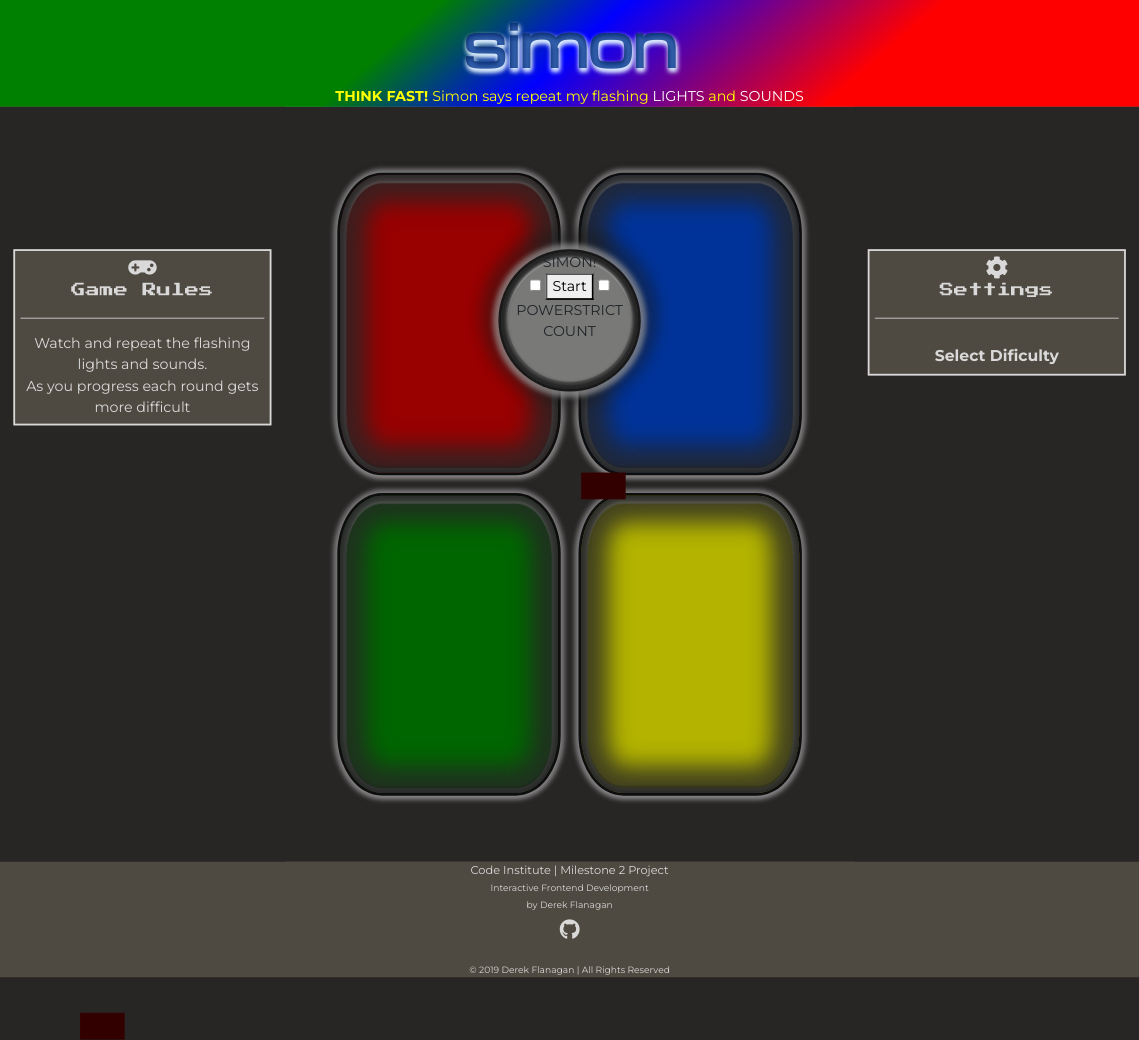
Repository: ThePixel8or/milestone-project-2
Page: index.html
The author's editor kept a record of every edit. The page is drawn from the files as they stood at one moment, then again after the next edit.
The browser window is 1280 px wide. The pictures show the whole page, at 89% of full size.
Some web libraries are served in a nearby version.

Above is the page before.

### index.html
 <!DOCTYPE html>
<html lang="en">

<head>
    <meta charset="UTF-8">
    <meta name="viewport" content="width=device-width, initial-scale=1.0">
    <meta http-equiv="X-UA-Compatible" content="ie=edge">
    <meta name="description" content="Simon Says Game">
    <meta name="keywords" content="retro, game, simon, 80s, memory">
    <meta name="author" content="Derek Flanagan">

    <link rel="stylesheet" href="https://stackpath.bootstrapcdn.com/bootstrap/4.3.1/css/bootstrap.min.css" integrity="sha384-ggOyR0iXCbMQv3Xipma34MD+dH/1fQ784/j6cY/iJTQUOhcWr7x9JvoRxT2MZw1T" crossorigin="anonymous">
    <link rel="stylesheet" href="https://use.fontawesome.com/releases/v5.8.2/css/all.css" integrity="sha384-oS3vJWv+0UjzBfQzYUhtDYW+Pj2yciDJxpsK1OYPAYjqT085Qq/1cq5FLXAZQ7Ay" crossorigin="anonymous">
    <link rel="stylesheet" href="assets/css/style.css" type="text/css" />
    <title>Simon Game | Milestone Project 2</title>

<!-- audio links -->

    <audio id="plySound1">
  	<source src="assets/sounds/sound1.mp3"></source>
  </audio>
  <audio id="plySound2">
  	<source src="assets/sounds/sound2.mp3"></source>
  </audio>
  <audio id="plySound3">
  	<source src="assets/sounds/sound3.mp3"></source>
  </audio>
  <audio id="plySound4">
  	<source src="assets/sounds/sound4.mp3"></source>
  </audio>

</head>

<body>



    <div class="container-fluid">

<!-- simon header -->

        <div class="row">
            <div class="d-none d-lg-block header-wrapper">
                <header class="game-title-header">


                    <span class="txt-content">Simon</span>
                    <p><strong>Think fast! </strong> Simon says repeat my flashing <span>Lights</span> and <span>sounds</span></p>
                </header>
            </div>
        </div>

<!-- Game rules -->

        <div class="row">
            <div class="d-none d-lg-block col-lg-3 rules-wrapper">
                <div class="game-rules">
                    <i class="fas fa-gamepad"></i>
                    <span>Game Rules</span>
                    <hr class="devider">
                    <p>Watch and repeat the flashing lights and sounds.<br>As you progress each round gets more difficult</p>
                </div>
            </div>

<!-- buttons and gameplay -->

            <div class="col-sm-12 col-lg-6 gameSection">
                <div class="row">
                    <div id="button1" class="col button1e"></div>
                    <div id="button2" class="col button2e"></div>
                </div>

                <div class="row">
                    <div id="button3" class="col button3e"></div>
                    <div id="button4" class="col button4e"></div>
                </div>

            </div>

<!-- setting section -->

            <div class="d-none d-lg-block col-lg-3 settings-wrapper">
                <div class="game-settings">
                    <i class="fas fa-cog"></i>
                    <span>Settings</span>
                    <hr class="devider">



                    <!-- radios -->
                  <div class="select-dificulty"><span><strong>Select Dificulty </strong></span>



           </div>

                </div>
            </div>
        </div>




<!--        <div class="row">
            <div class="d-none d-lg-block col-lg-12 footer-info">
                <footer>
                    footer information will go here
                </footer>
            </div>
        </div> -->

        <!-- model -  bootstrap modal section will be added -->

        <!-- Button trigger modal -->
        <!-- <button type="button" class="btn btn-primary" data-toggle="modal" data-target="#exampleModalCenter">
  Launch demo modal
</button> -->


        <!-- <div class="modal fade" id="exampleModalCenter" tabindex="-1" role="dialog" aria-labelledby="exampleModalCenterTitle" aria-hidden="true">
  <div class="modal-dialog modal-dialog-centered" role="document">
    <div class="modal-content">
      <div class="modal-header">
        <h5 class="modal-title" id="exampleModalCenterTitle">Modal title</h5>
        <button type="button" class="close" data-dismiss="modal" aria-label="Close">
          <span aria-hidden="true">&times;</span>
        </button>
      </div>
      <div class="modal-body">
        ...
      </div>
      <div class="modal-footer">
        <button type="button" class="btn btn-secondary" data-dismiss="modal">Close</button>
        <button type="button" class="btn btn-primary">Save changes</button>
      </div>
    </div>
  </div>
</div> -->



        <!-- model end -->


    </div>

<!-- circel pad -->

    <div id="inner-circle">
      <div id="title" class="font-effect-emboss">SIMON!</div>
      <div id="switches">
        <input type="checkbox" class="toggle" id="on">
        <button class="button" id="start">Start</button>
        <input type="checkbox" class="toggle" id="strict">
      </div>
      <div class="text1">
        <span>POWER</span><span>STRICT</span>
      </div>
      <div id="turn"></div>
      <div class="text2">
        COUNT
      </div>
    </div>




    <div id="turn"></div>

<footer class="footer-section container-fluid">
    <div class="row">
            <div class="d-none d-lg-block col-lg-12">
                <div class="footer-info">
                    <p>Code Institute | Milestone 2 Project</p>
                    <p><span><small>Interactive Frontend Development</small></span></p>
                    <p class="signature"><span><small>by Derek Flanagan</small></span></p>
                    <ul class="list-inline">
                        <li>
                            <a href="https://github.com/ThePixel8or" target="_blank">
                                <i class="fab fa-github"></i></a>
                        </li>
                    </ul>
                </div>
                    <p class="copyright"><small>© 2019 Derek Flanagan | All Rights Reserved</small> </p>
                </div>
            </div>
        </footer>










    <!--      <script type="text/javascript">
$(document).ready(function () {

    $('#exampleModalCenter').modal('show');

});
</script>   to have modal pop up when you first land on page -->


        <!-- Jquery scripts -->

        <script
  src="https://code.jquery.com/jquery-3.4.1.min.js"
  integrity="sha256-CSXorXvZcTkaix6Yvo6HppcZGetbYMGWSFlBw8HfCJo="
  crossorigin="anonymous"></script>


        <script src="assets/js/main.js"></script>


    <!--  BOOTSTRAP SCRIPTS -->

    <script src="https://code.jquery.com/jquery-3.3.1.slim.min.js" integrity="sha384-q8i/X+965DzO0rT7abK41JStQIAqVgRVzpbzo5smXKp4YfRvH+8abtTE1Pi6jizo" crossorigin="anonymous"></script>
    <script src="https://cdnjs.cloudflare.com/ajax/libs/popper.js/1.14.7/umd/popper.min.js" integrity="sha384-UO2eT0CpHqdSJQ6hJty5KVphtPhzWj9WO1clHTMGa3JDZwrnQq4sF86dIHNDz0W1" crossorigin="anonymous"></script>
    <script src="https://stackpath.bootstrapcdn.com/bootstrap/4.3.1/js/bootstrap.min.js" integrity="sha384-JjSmVgyd0p3pXB1rRibZUAYoIIy6OrQ6VrjIEaFf/nJGzIxFDsf4x0xIM+B07jRM" crossorigin="anonymous"></script>
</body>

</html>

### assets/css/style.css
/* testing out the layout and styles of the buttons for the simon game */

@import url('https://fonts.googleapis.com/css?family=Michroma:100,200,300,400,500,600,700,800,900|Montserrat:100,200,300,400,500,600,700,800,900|Press+Start+2P:100,200,300,400,500,600,700,800,900');



body {
    background-color: #282525;
    overflow: hidden;
    font-family: 'Montserrat', sans-serif;

}


#button1,
#button2,
#button3,
#button4 {
    height: calc(50vh - 1.2em);
    border-radius: 20%;
    margin: .6em;
}

#button1 {
    background-color: #990000;

    border: solid 3px #0d0d0d; /* fallback colour */
    border: solid 3px hsla(0,0%,5%,1);

    box-shadow: inset hsla(0,0%,15%,  .8) 0px  0px 25px 30px, /* border */
    inset hsla(0,0%,15%, .8) 0 -1px 5px 4px, /* soft SD */
    inset hsla(0,0%,0%, .25) 0 -1px 0px 7px, /* bottom SD */
    inset hsla(0,0%,100%,.7) 0  2px 1px 7px, /* top HL */

    hsla(0,0%, 0%,.15) 0 -5px 6px 4px, /* outer SD */
    hsla(0,0%,100%,.5) 0px  0px 6px 4px; /* outer HL */
}


#turn {
  position: absolute;
  background: #330000;
  color: red;
  font-family: courier;
  font-size: 20px;
  height: 30px;
  width: 50px;
  margin-left: 90px;
  margin-top: 170px;
  text-align: center;
  vertical-align: middle;
  line-height: 30px;
}

/*.button1:hover {
    background-color: #ff0000;

    border: solid 3px #330000; /* fallback colour */
/*  border: solid 3px hsla(0,0%,5%,.8);

/*     box-shadow: inset hsla(0,0%,15%,  .6) 0  0px 25px 30px, /* border */
/*    inset hsla(0,100%,20%, .8) 0 -1px 5px 4px, /* soft SD */
/*    inset hsla(0,100%,60%, .25) 0 -1px 0px 7px, /* bottom SD */
/*    inset hsla(0,0%,100%,.7) 0  2px 1px 7px, /* top HL */

/*    hsla(0,100%, 80%,.2) 0 -5px 15px 14px, /* outer SD */
/*    hsla(0,100%,80%,.5) 0px  0px 6px 4px; /* outer HL */
/*  } */


#button2 {
    background-color: #003399;

 border: solid 3px #0d0d0d; /* fallback colour */
 border: solid 3px hsla(0,0%,5%,1);

 box-shadow: inset hsla(0,0%,15%,  .8) 0  0px 25px 30px, /* border */
    inset hsla(0,0%,15%, .8) 0 -1px 5px 4px, /* soft SD */
    inset hsla(0,0%,0%, .25) 0 -1px 0px 7px, /* bottom SD */
    inset hsla(0,0%,100%,.7) 0  2px 1px 7px, /* top HL */

    hsla(0,0%, 0%,.15) 0 -5px 6px 4px, /* outer SD */
    hsla(0,0%,100%,.5) 0px  0px 6px 4px; /* outer HL */

}

/*.button2:hover {
    background-color: #0055ff;

    border: solid 3px #001133; /* fallback color */
 /*   border: solid 3px hsla(0,0%,5%,.8);

     box-shadow: inset hsla(0,0%,15%,  .6) 0  0px 25px 30px, /* border */
/*    inset hsla(220,100%,20%, .8) 0 -1px 5px 4px, /* soft SD */
/*    inset hsla(220,100%,60%, .25) 0 -1px 0px 7px, /* bottom SD */
/*    inset hsla(0,0%,100%,.7) 0  2px 1px 7px, /* top HL */

/*    hsla(220,100%, 80%,.2) 0 -5px 15px 14px, /* outer SD */
/*    hsla(220,100%,80%,.5) 0px  0px 6px 4px; /* outer HL */

/*  } */

#button3 {
    background-color: #006600;

 border: solid 3px #0d0d0d; /* fallback colour */
 border: solid 3px hsla(0,0%,5%,1);

 box-shadow: inset hsla(0,0%,15%,  .8) 0  0px 25px 30px, /* border */
    inset hsla(0,0%,15%, .8) 0 -1px 5px 4px, /* soft SD */
    inset hsla(0,0%,0%, .25) 0 -1px 0px 7px, /* bottom SD */
    inset hsla(0,0%,100%,.7) 0  2px 1px 7px, /* top HL */

    hsla(0,0%, 0%,.15) 0 -5px 6px 4px, /* outer SD */
    hsla(0,0%,100%,.5) 0px  0px 6px 4px; /* outer HL */

}


/*.button3:hover {
    background-color: #00cc00;

    border: solid 3px #003300; /* fallback colour */
/*    border: solid 3px hsla(0,0%,5%,.8);

 box-shadow: inset hsla(0,0%,15%,  .6) 0  0px 25px 30px, /* border */
/*    inset hsla(120,100%,15%, .8) 0 -1px 5px 4px, /* soft SD */
/*    inset hsla(120,100%,30%, .25) 0 -1px 0px 7px, /* bottom SD */
/*    inset hsla(0,0%,100%,.7) 0  2px 1px 7px, /* top HL */

/*    hsla(120,100%, 80%,.2) 0 -5px 15px 14px, /* outer SD */
/*    hsla(120,100%,80%,.5) 0px  0px 6px 4px; /* outer HL */

/*}*/


#button4 {
    background-color: #b3b300;

  border: solid 3px #0d0d0d; /* Fallback colour */
  border: solid 3px hsla(0,0%,5%,1);

  box-shadow: inset hsla(0,0%,15%,  .8) 0  0px 25px 30px, /* border */
    inset hsla(0,0%,15%, .8) 0 -1px 5px 4px, /* soft SD */
    inset hsla(0,0%,0%, .25) 0 -1px 0px 7px, /* bottom SD */
    inset hsla(0,0%,100%,.7) 0  2px 1px 7px, /* top HL */

    hsla(0,0%, 0%,.15) 0 -5px 6px 4px, /* outer SD */
    hsla(0,0%,100%,.5) 0px  0px 6px 4px; /* outer HL */

}

/*.button4:hover {
    background-color: #ffff33;

    border: solid 3px #332700; /* fallback colour */
/*    border: solid 3px hsla(0,0%,5%,.8);

/*    box-shadow: inset hsla(0,0%,15%,  .6) 0  0px 25px 30px, /* border */
/*    inset hsla(60,100%,15%, .8) 0 -1px 5px 4px, /* soft SD */
/*    inset hsla(60,100%,35%, .25) 0 -1px 0px 7px, /* bottom SD */
/*    inset hsla(0,0%,100%,.7) 0  2px 1px 7px, /* top HL */

/*    hsla(60,100%, 80%,.2) 0 -5px 15px 14px, /* outer SD */
/*    hsla(60,100%,80%,.5) 0px  0px 6px 4px; /* outer HL */
/*}*/

#inner-circle {
    position: absolute;
    text-align: center;
    height: 10em;
    width: 10em;
    background-color: #797978;
    left: calc(50% - 5em);
    top: calc(50% - 5em);
    border-radius: 50%;

    border: 3px solid #1a1a1a; /* Fallback border color */
    border: 3px solid hsla(0, 0%, 0%, .8);

    box-shadow: inset hsla(0,0%,15%, 1) 0  0px 4px 5px, /* border */
    inset hsla(0,0%,15%, .8) 0 -1px 5px 4px, /* soft SD */
    inset hsla(0,0%,0%, .25) 0 -1px 0px 7px, /* bottom SD */
    inset hsla(60,0%,65%,.7) 0  2px 1px 7px, /* top HL */

    hsla(0,0%, 10%,.45) 0 -5px 15px 20px, /* outer SD */
    hsla(0,0%,100%,.7) 0px  0px 6px 6px; /* outer HL */
}

.centerPad:hover {
    background-color: #999999;

    border: 3px solid #404040; /* Fallback Border Colour */
    border: 3px solid hsla(0, 0%, 10%, .8);

   box-shadow: inset hsla(0,0%,15%,  1) 0  0px 4px 5px, /* border */
    inset hsla(0,0%,15%, .8) 0 -1px 5px 4px, /* soft SD */
    inset hsla(0,0%,0%, .25) 0 -1px 0px 7px, /* bottom SD */
    inset hsla(0,0%,100%,.7) 0  2px 1px 7px, /* top HL */

    hsla(0,0%, 10%,.45) 0 -5px 15px 20px, /* outer SD */
    hsla(0,0%,100%,.7) 0px  0px 6px 6px; /* outer HL */

}

.playCounter {
    position: absolute;
    font-size: 4em;
    background-color: #00284d;
    color: transparent;
    top: 26.5%;
    left: 38%;
    text-shadow: 0px 2px 3px rgba(255, 255, 255, .25);
    -webkit-background-clip: text;
    -moz-background-clip: text;
/*    background-clip: box;           Having an issue in the background-clip in CSS validator        */
}

.centerPad:hover .playCounter {
    background-color: #339cff;
    text-shadow: 0px 2px 3px rgba(255, 255, 255, .7);
}

.header-wrapper {
    background-color: gray;
    text-align: center;
    color: white;
    width: 100%;
    height: auto;
   /* font-size: 30px;
    font-family: 'Michroma', sans-serif;
    text-transform: uppercase;
    font-weight: bold; */
      /*  background: linear-gradient(to bottom, #33ccff 0%, #ff99cc 100%); */
      background-image: linear-gradient(319deg, red 25%, blue 50%, green 65%);



}

.txt-content {

    /*color: orange; */
    font-size: 4em;
    font-family: 'Michroma', sans-serif;
    text-transform: lowercase;
    font-weight: bold;
    /*text-shadow:  0px 2px 3px rgba(255, 255, 255, 0.7); */

    /* Shadows are visible under slightly transparent text color */
    color: rgba(10,60,150, 0.8);
    text-shadow: 1px 4px 6px #def, 0 0 0 #000, 1px 4px 6px #def;

}

.game-title-header {
    color: yellow;
}

.game-title-header strong {
    text-transform: uppercase;
}

.game-title-header p span {

    color: white;
    text-transform: uppercase;
}

.game-title-header p {
    padding: 0px;
    font-size: 1em;
}


.game-rules,
.game-settings {

    height: auto;
    background-color: #4f4a41;
    border: 2px solid #d9d9d9;
    margin-top: 10em;
    padding: .4em;
    color: #d9d9d9;
    text-align: center
}

.game-rules span,
.game-settings span {
    font-size: 1em;
    font-family: 'Press Start 2P', cursive;

}

.devider {
    background-color: #d9d9d9;
}
.fa-gamepad,
.fa-cog {
    display: block;
    font-size: 1.6em;
    color: #d9d9d9;
}

.select-dificulty {
    padding-top: .8em;
}

.select-dificulty span {
    font-size: 1.1em;
    font-family: 'Montserrat', sans-serif;


}

/* .game-settings {
    height: 100px;
    background-color: gray;
    margin-top: 10em;
    color: white;
} */

.footer-section {
    text-align: center;
    background-color: #4f4a41;
    color: #d9d9d9;
    height: 50%;
    font-size: .8em;
}

.footer-info,
.copyright, p  {

    margin: 0;
}

.signature {
    margin-bottom: .2em;
}
.footer-info a {

   display: inline-block;
    color: #d9d9d9;
    font-size: 1.8em;
}

.footer-info a:hover {
    color: white;

}

.settings-wrapper,
.rules-wrapper {
    background-color: #282525; /* to change the background if needed, might not use */
}



/*   MEDIA QUEIRES */

@media (min-width: 991px) {

#topleft,
#topright,
#bottomleft,
#bottomright {

    height: calc(50vh - 10.9em);
    }

.centerPad {

    left: calc(50% - 4.2em);
    top: calc(50% - 2.6em);
    height: 8em;
    width: 8em;
    }

.playCounter {

    font-size: 3em;
    top: 28%;
    left: 37%;   /* I need to calculate the percentages better */

    }

.gameSection {
    padding: 4em;
}
}

### assets/js/main.js
let order = [];
let playerOrder = [];
let flash;
let turn;
let good;
let compTurn;
let intervalId;
let strict = false;
let noise = true;
let on = false;
let win;


const turnCounter = document.querySelector("#turn");
const topLeft = document.querySelector("#button1");
const topRight = document.querySelector("#button2");
const bottomLeft = document.querySelector("#button3");
const bottomRight = document.querySelector("#button4");
const strictButton = document.querySelector("#strict");
const onButton = document.querySelector("#on");
const startButton = document.querySelector("#start");

strictButton.addEventListener('click', (event) => {
  if (strictButton.checked == true) {
    strict = true;
  } else {
    strict = false;
  }
});

onButton.addEventListener('click', (event) => {
  if (onButton.checked == true) {
    on = true;
    turnCounter.innerHTML = "-";
  } else {
    on = false;
    turnCounter.innerHTML = "";
    clearColor();
    clearInterval(intervalId);
  }
});

startButton.addEventListener('click', (event) => {
  if (on || win) {
    play();
  }
});

function play() {
  win = false;
  order = [];
  playerOrder = [];
  flash = 0;
  intervalId = 0;
  turn = 1;
  turnCounter.innerHTML = 1;
  good = true;
  for (var i = 0; i < 20; i++) {
    order.push(Math.floor(Math.random() * 4) + 1);
  }
  compTurn = true;

  intervalId = setInterval(gameTurn, 800);
}

function gameTurn() {
  on = false;

  if (flash == turn) {
    clearInterval(intervalId);
    compTurn = false;
    clearColor();
    on = true;
  }

  if (compTurn) {
    clearColor();
    setTimeout(() => {
      if (order[flash] == 1) one();
      if (order[flash] == 2) two();
      if (order[flash] == 3) three();
      if (order[flash] == 4) four();
      flash++;
    }, 200);
  }
}

function one() {
  if (noise) {
    let audio = document.getElementById("plySound1");
    audio.play();
  }
  noise = true;
  topLeft.style.backgroundColor = "tomato";
}

function two() {
  if (noise) {
    let audio = document.getElementById("plySound2");
    audio.play();
  }
  noise = true;
  topRight.style.backgroundColor = "lightskyblue";
}

function three() {
  if (noise) {
    let audio = document.getElementById("plySound3");
    audio.play();
  }
  noise = true;
  bottomLeft.style.backgroundColor = "lightgreen";
}

function four() {
  if (noise) {
    let audio = document.getElementById("plySound4");
    audio.play();
  }
  noise = true;
  bottomRight.style.backgroundColor = "yellow";
}

function clearColor() {
  topLeft.style.backgroundColor = "#990000";
  topRight.style.backgroundColor = "#003399";
  bottomLeft.style.backgroundColor = "#006600";
  bottomRight.style.backgroundColor = "#b3b300";
}

function flashColor() {
  topLeft.style.backgroundColor = "tomato";
  topRight.style.backgroundColor = "lightskyblue";
  bottomLeft.style.backgroundColor = "lightgreen";
  bottomRight.style.backgroundColor = "yellow";
}

topLeft.addEventListener('click', (event) => {
  if (on) {
    playerOrder.push(1);
    check();
    one();
    if(!win) {
      setTimeout(() => {
        clearColor();
      }, 300);
    }
  }
})

topRight.addEventListener('click', (event) => {
  if (on) {
    playerOrder.push(2);
    check();
    two();
    if(!win) {
      setTimeout(() => {
        clearColor();
      }, 300);
    }
  }
})

bottomLeft.addEventListener('click', (event) => {
  if (on) {
    playerOrder.push(3);
    check();
    three();
    if(!win) {
      setTimeout(() => {
        clearColor();
      }, 300);
    }
  }
})

bottomRight.addEventListener('click', (event) => {
  if (on) {
    playerOrder.push(4);
    check();
    four();
    if(!win) {
      setTimeout(() => {
        clearColor();
      }, 300);
    }
  }
})

function check() {
  if (playerOrder[playerOrder.length - 1] !== order[playerOrder.length - 1])
    good = false;

  if (playerOrder.length == 5 && good) {
    winGame();
  }

  if (good == false) {
    flashColor();
    turnCounter.innerHTML = "Wrong NO!";
    setTimeout(() => {
      turnCounter.innerHTML = turn;
      clearColor();

      if (strict) {
        play();
      } else {
        compTurn = true;
        flash = 0;
        playerOrder = [];
        good = true;
        intervalId = setInterval(gameTurn, 800);
      }
    }, 800);

    noise = false;
  }

  if (turn == playerOrder.length && good && !win) {
    turn++;
    playerOrder = [];
    compTurn = true;
    flash = 0;
    turnCounter.innerHTML = turn;
    intervalId = setInterval(gameTurn, 800);
  }

}

function winGame() {
  flashColor();
  turnCounter.innerHTML = "YOU WIN!";
  on = false;
  win = true;
}

After the next edit:
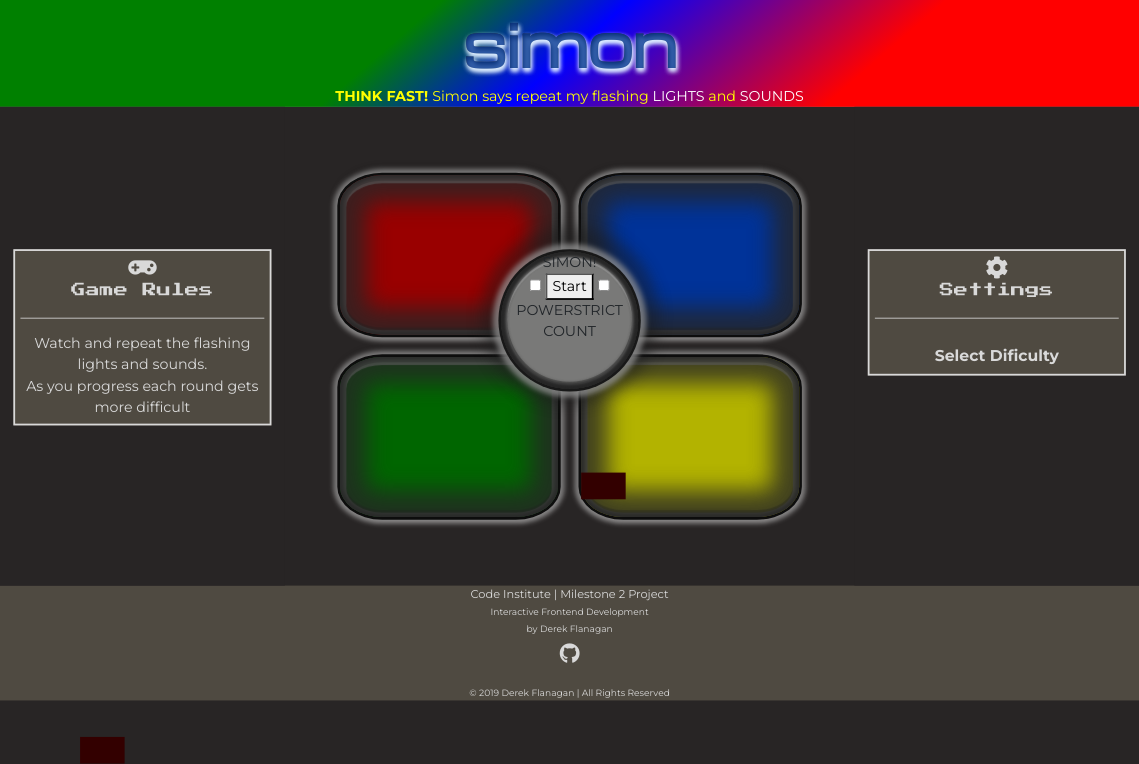
The edit:
--- a/assets/css/style.css
+++ b/assets/css/style.css
@@ -360,10 +360,10 @@
 
 @media (min-width: 991px) {
 
-#topleft,
-#topright,
-#bottomleft,
-#bottomright {
+#button1,
+#button2,
+#button3,
+#button4 {
 
     height: calc(50vh - 10.9em);
     }
